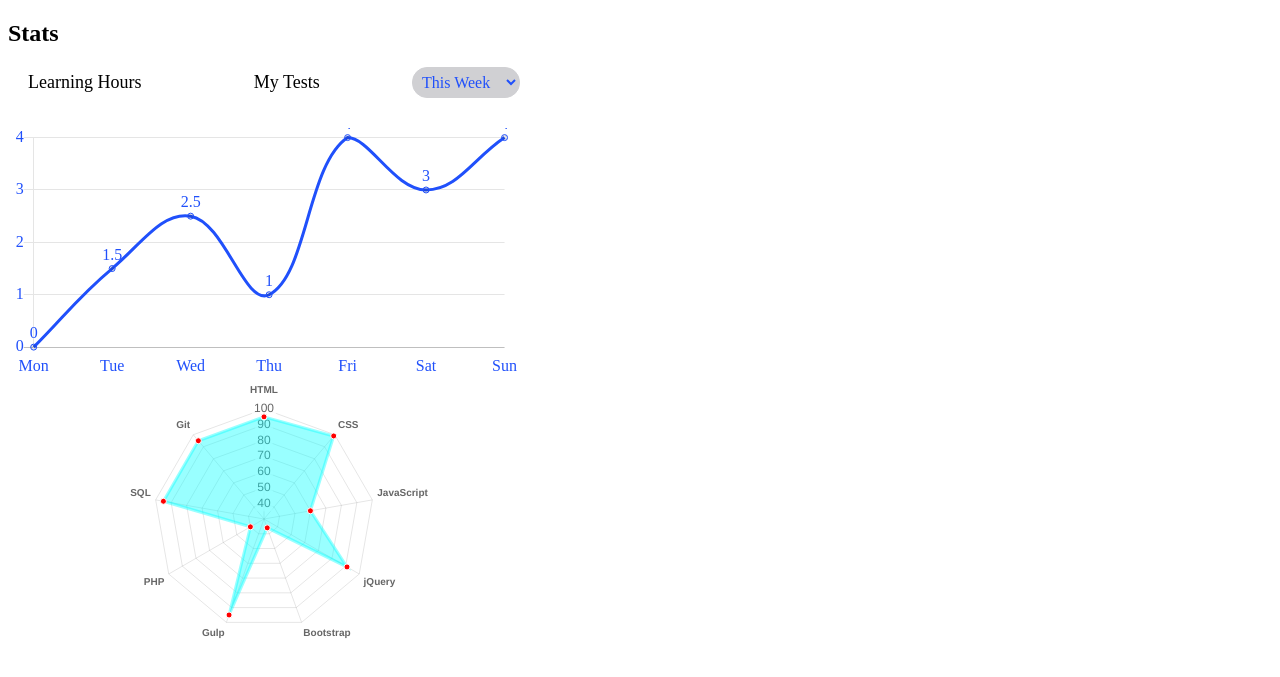
Repository: rafalzacher1/smartify-interface
Page: graphs/learning_graph.html
These files come from the project's save history. The page is drawn as it stood at one moment and after the next save; the edit follows.
The browser window is 1280 px wide. The pictures show the whole page.
Some web fonts or font styles are not loaded; a fallback is used. Some web libraries are served in a nearby version.

Above is the page before, as saved 2022-06-30 01:24:19.

After the next save:
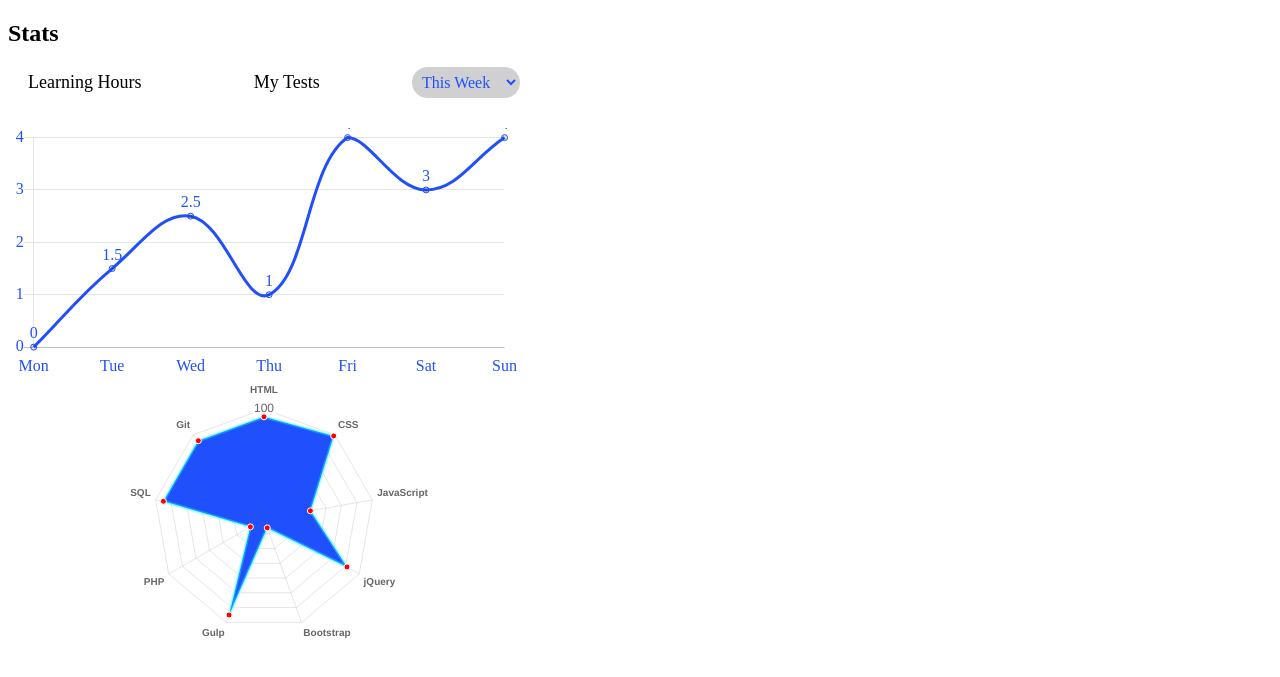
Saved 23 s later.
--- a/graphs/scripts/tests.js
+++ b/graphs/scripts/tests.js
@@ -18,7 +18,7 @@
   datasets: [
     {
       defaultFontColor: "red",
-      backgroundColor: "rgba(0,255,255,.4)",
+      backgroundColor: "#2050FB",
       borderColor: "rgba(0,255,255,.4)",
       pointBackgroundColor: "red",
       pointBorderColor: "#fff",

After the save that followed:
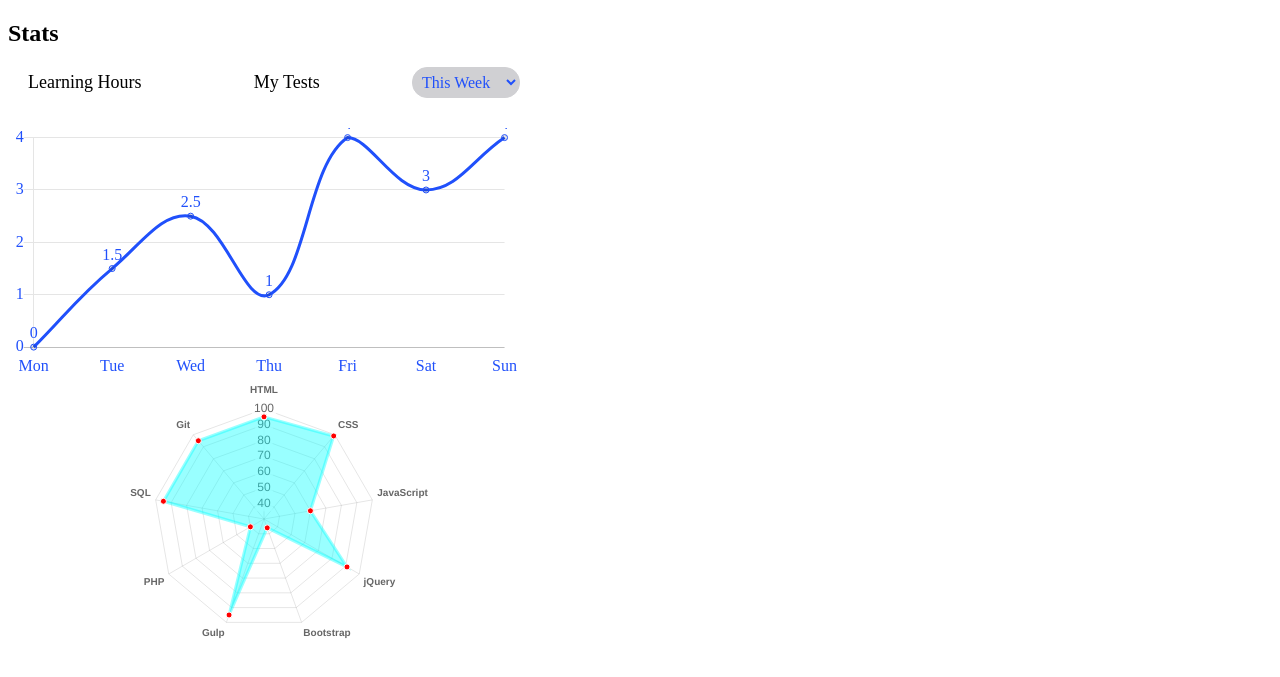
Saved 6 s later.
--- a/graphs/scripts/tests.js
+++ b/graphs/scripts/tests.js
@@ -18,7 +18,7 @@
   datasets: [
     {
       defaultFontColor: "red",
-      backgroundColor: "#2050FB",
+      backgroundColor: "rgba(0,255,255,.4)",
       borderColor: "rgba(0,255,255,.4)",
       pointBackgroundColor: "red",
       pointBorderColor: "#fff",
